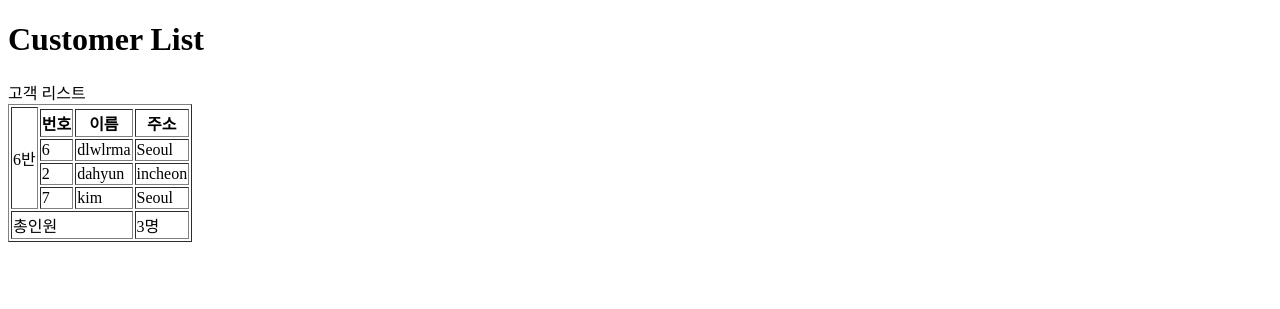
Repository: hyungju2/SSAFY_JavaPractice
Page: 20190211_HTML/web_java/HTMLProject/WebContent/html/Tabletag.html
These files come from the project's save history. The page is drawn as it stood at one moment and after the next save; the edit follows.
The browser window is 1280 px wide. The pictures show the whole page.

Above is the page before, as saved 2019-02-11 04:55:24.

### 20190211_HTML/web_java/HTMLProject/WebContent/html/Tabletag.html
<!DOCTYPE html>
<html>
<head>
<meta charset="UTF-8">
<title>Table Tag</title>
</head>
<body>
<!-- Table Tag(2차원 표) -->
<h1> Customer List</h1>

	<table border="1">
		<captaion>고객 리스트</captaion> <!-- caption을 본 순간부터 제목으로 인식함. -->
		<tr>
			<td rowspan="5">6반</td>

		</tr>
		<tr>
			<th>번호</th>
			<th>이름</th>
			<th>주소</th>
		</tr>

		<tr>
		<td>6</td>
		<td>dlwlrma</td>
		<td>Seoul</td>
		</tr>



		<tr>
		<td>2</td>
		<td>dahyun</td>
		<td>incheon</td>
		</tr>


		<tr>
		<td>7</td>
		<td>kim</td>
		<td>Seoul</td>
		</tr>
		<tr>
			<td colspan="3">총인원</td>
			<td>3명</td>
		</tr>


	</table>
</body>
</html>

After the next save:
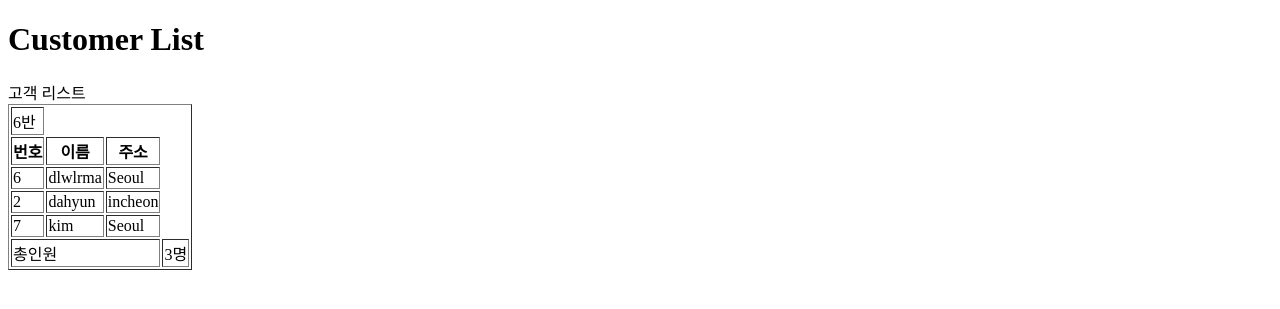
Saved 102 s later.
--- a/20190211_HTML/web_java/HTMLProject/WebContent/html/Tabletag.html
+++ b/20190211_HTML/web_java/HTMLProject/WebContent/html/Tabletag.html
@@ -10,10 +10,14 @@
 
 	<table border="1">
 		<captaion>고객 리스트</captaion> <!-- caption을 본 순간부터 제목으로 인식함. -->
+		<thead>
 		<tr>
 			<td rowspan="5">6반</td>
 
 		</tr>
+		</thead>
+
+		<tbody>
 		<tr>
 			<th>번호</th>
 			<th>이름</th>
@@ -44,7 +48,7 @@
 			<td colspan="3">총인원</td>
 			<td>3명</td>
 		</tr>
-
+		</tbody>
 
 	</table>
 </body>
